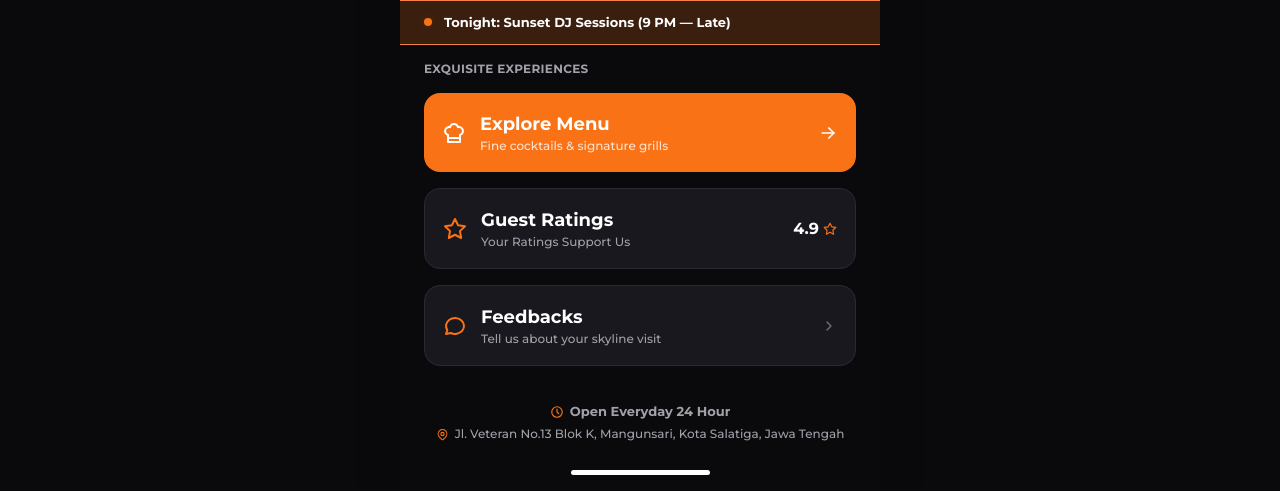
Repository: Warfail/qrmenu
Page: /
An editor plug-in stored every save of this project. The page is shown before and after the next save, followed by the edit.
The browser window is 1280 px wide. The pictures show the part of the page from y = 454 to 945 px (the page is 945 px tall before and 904 px after).
The page's requests for data from a server got no answer. The project was rebuilt for these pictures with package versions that can differ from the ones it lists, and the page was loaded fresh each time. The framework's server and built-in components were replaced by stand-ins that run in the browser. No one was signed in, and anything a server would have sent is missing. Also part of the build but not shown: next.config.mjs, src/components/FeedbackModal.jsx, src/components/GoogleReviews.jsx, src/components/GuestRatingsModal.jsx.

Above is the page before, as saved 2026-08-15 19:24:16.

After the next save:
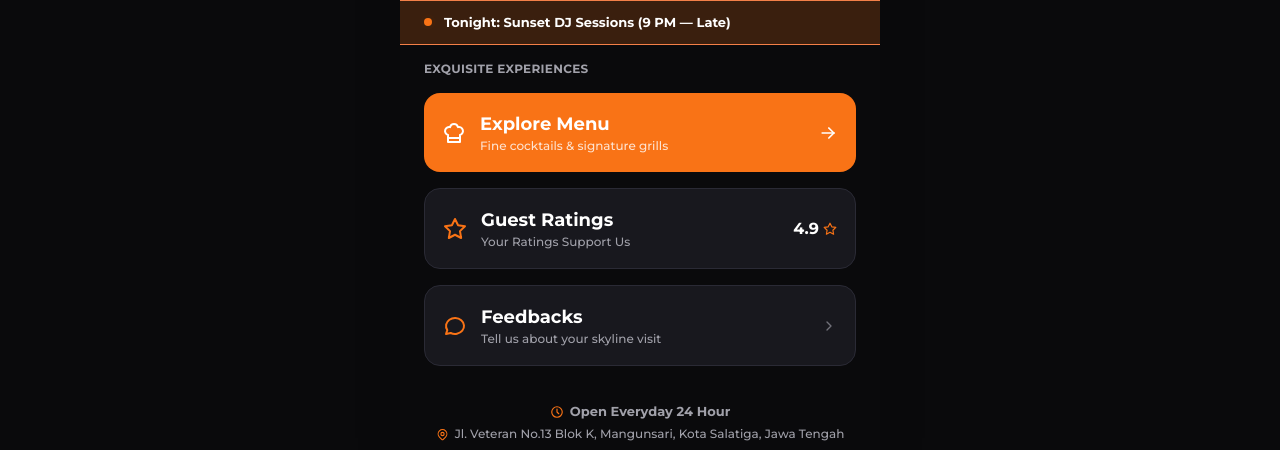
Saved 26 min 35 s later.
--- a/src/app/page.jsx
+++ b/src/app/page.jsx
@@ -162,9 +162,6 @@
             </span>
           </a>
         </div>
-        <div className="mt-3 flex w-full items-start justify-center pt-4 pb-2">
-          <div className="h-[5px] w-[139px] rounded-full bg-white" />
-        </div>
       </footer>
 
       {/* MODALS */}
